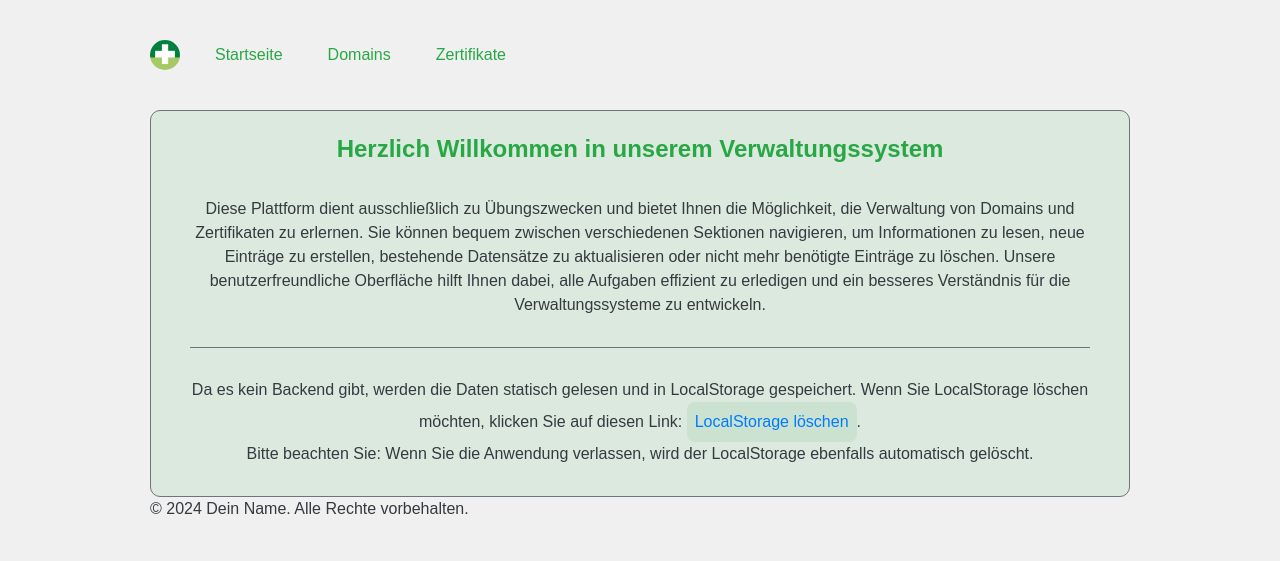
Repository: bajricadmir/verwaltungssystem-vanilla-html-css
Page: index.html
The author's editor kept a copy of each file at every save. The page is drawn from the files as they stood at one save, then again after the next save.
The browser window is 1280 px wide. The pictures show the whole page.

Above is the page before, as saved 2024-10-14 11:57:49.

After the next save:
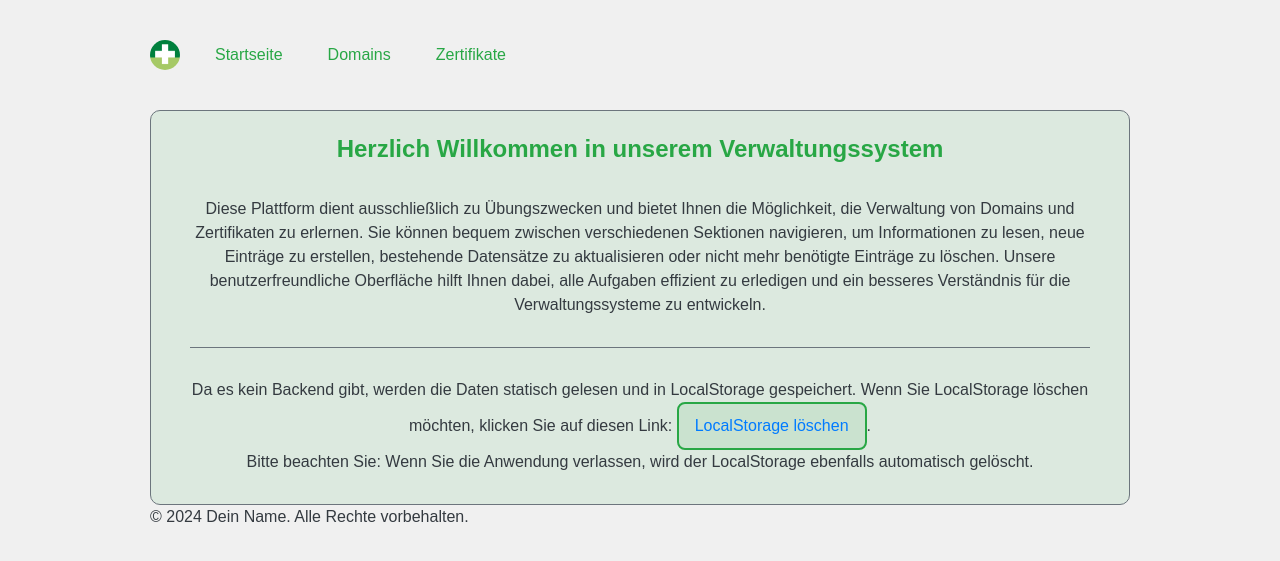
Saved 38 s later.
--- a/style.css
+++ b/style.css
@@ -129,8 +129,25 @@
 }
 
 .btn {
-  padding: 8px;
-  background-color: rgba(40, 167, 69, 0.1);
-  color: var(--primary-color);
-  border-radius: 8px;
+  padding: 10px 16px; /* Innenabstand vergrößern */
+  background-color: rgba(40, 167, 69, 0.1); /* Helle Hintergrundfarbe */
+  color: var(--primary-color); /* Textfarbe */
+  border: 2px solid var(--success-color); /* Rahmen hinzufügen */
+  border-radius: 8px; /* Abgerundete Ecken */
+  font-size: 16px; /* Schriftgröße */
+  cursor: pointer; /* Cursor als Pointer setzen */
+  transition: background-color 0.3s, color 0.3s, transform 0.2s; /* Sanfte Übergänge */
 }
+
+.btn:hover {
+  background-color: var(
+    --success-color
+  ); /* Dunklere Hintergrundfarbe bei Hover */
+  color: #fff; /* Textfarbe bei Hover */
+  transform: scale(1.05); /* Leichtes Vergrößern bei Hover */
+}
+
+.btn:focus {
+  outline: none; /* Fokusrahmen entfernen */
+  box-shadow: 0 0 0 3px rgba(40, 167, 69, 0.5); /* Fokusrahmen hinzufügen */
+}

After the save that followed:
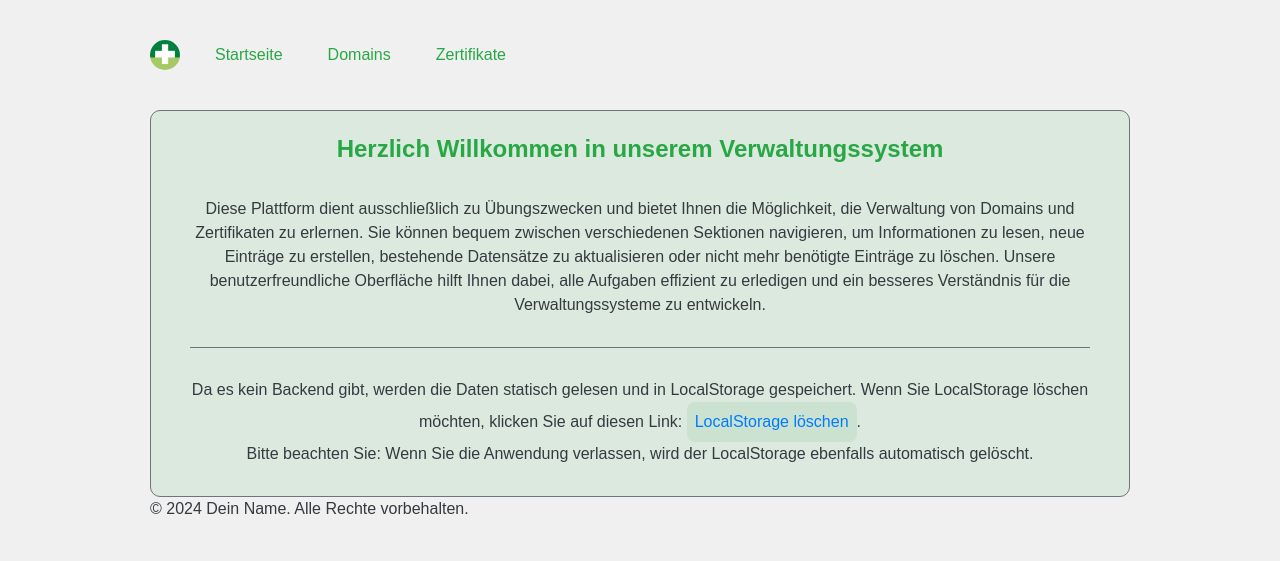
Saved 20 s later.
--- a/style.css
+++ b/style.css
@@ -129,25 +129,8 @@
 }
 
 .btn {
-  padding: 10px 16px; /* Innenabstand vergrößern */
-  background-color: rgba(40, 167, 69, 0.1); /* Helle Hintergrundfarbe */
-  color: var(--primary-color); /* Textfarbe */
-  border: 2px solid var(--success-color); /* Rahmen hinzufügen */
-  border-radius: 8px; /* Abgerundete Ecken */
-  font-size: 16px; /* Schriftgröße */
-  cursor: pointer; /* Cursor als Pointer setzen */
-  transition: background-color 0.3s, color 0.3s, transform 0.2s; /* Sanfte Übergänge */
+  padding: 8px;
+  background-color: rgba(40, 167, 69, 0.1);
+  color: var(--primary-color);
+  border-radius: 8px;
 }
-
-.btn:hover {
-  background-color: var(
-    --success-color
-  ); /* Dunklere Hintergrundfarbe bei Hover */
-  color: #fff; /* Textfarbe bei Hover */
-  transform: scale(1.05); /* Leichtes Vergrößern bei Hover */
-}
-
-.btn:focus {
-  outline: none; /* Fokusrahmen entfernen */
-  box-shadow: 0 0 0 3px rgba(40, 167, 69, 0.5); /* Fokusrahmen hinzufügen */
-}
